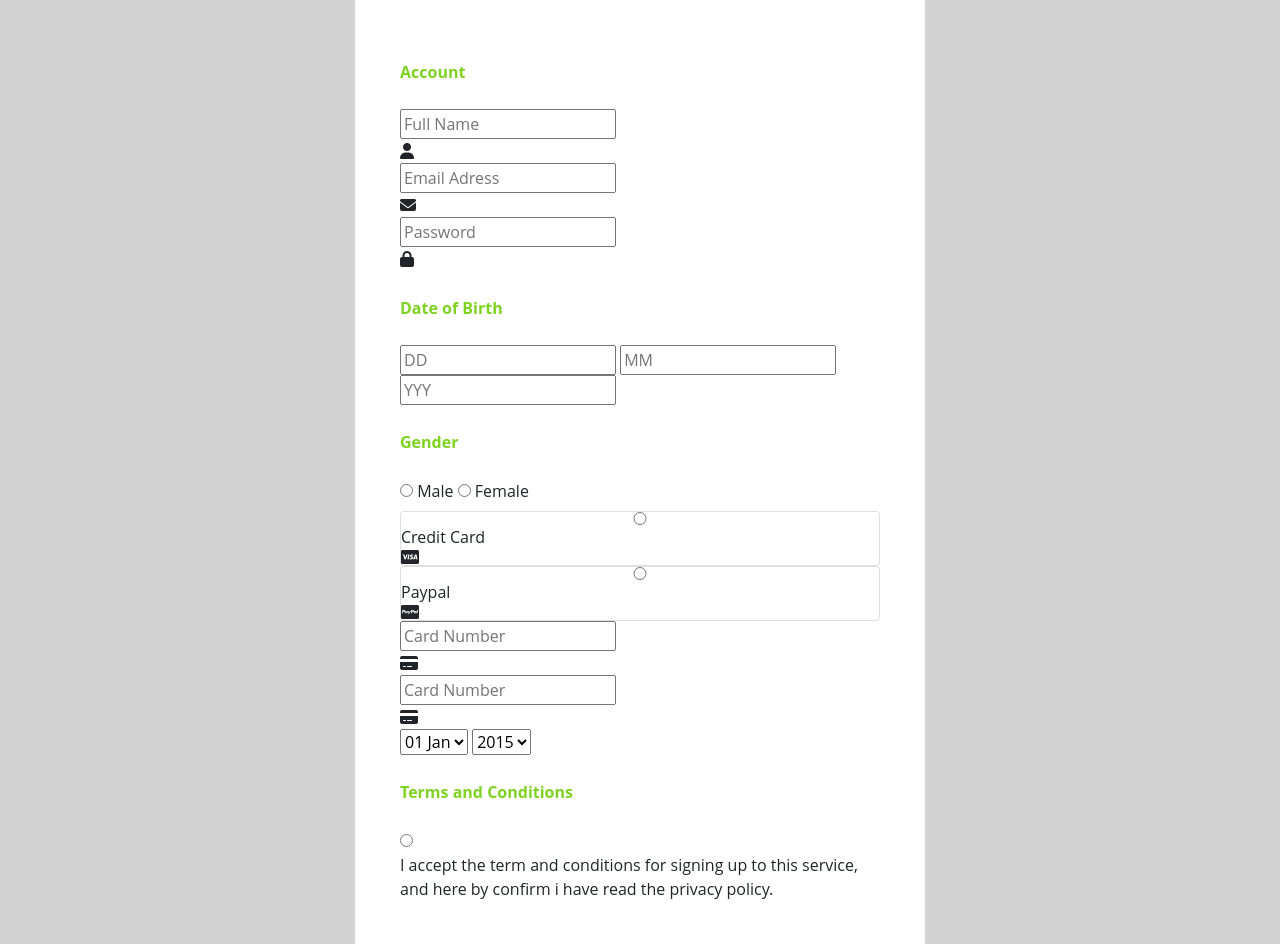
Repository: letrongtinh27/LapTrinhWeb
Page: Payment/index.html
These files come from the project's save history. The page is drawn as it stood at one moment and after a run of saves; the edit follows.
The browser window is 1280 px wide. The pictures show the whole page.

Above is the page before, as saved 2022-10-11 20:27:26.

After the next 2 saves:
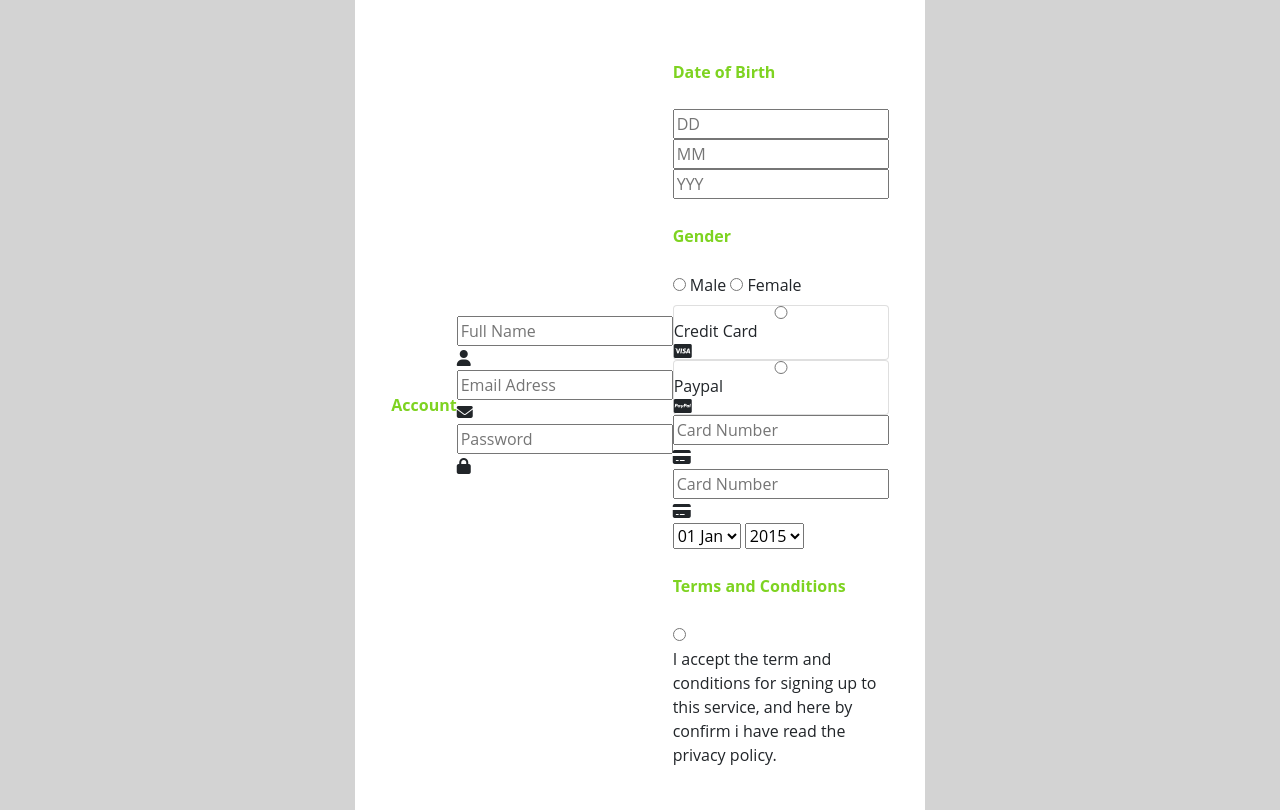
The 2 saves are shown as one change because they came seconds apart.
The last was saved 19 s later.
--- a/Payment/style.css
+++ b/Payment/style.css
@@ -4,6 +4,10 @@ body {
     background-color: lightgray !important;
 }
 .payment{
+
+}
+.form-payment{
+    font-family: 'Open Sans',sans-serif;
     width: 100%;
     max-width: 570px;
     margin: 0 auto;
@@ -12,9 +16,6 @@ body {
     display: flex;
     background-color: #fff;
     padding: 35px 45px;
-}
-.form-payment{
-    font-family: 'Open Sans',sans-serif;
 }
 .title{
     color: #7ed321;

After the save that followed:
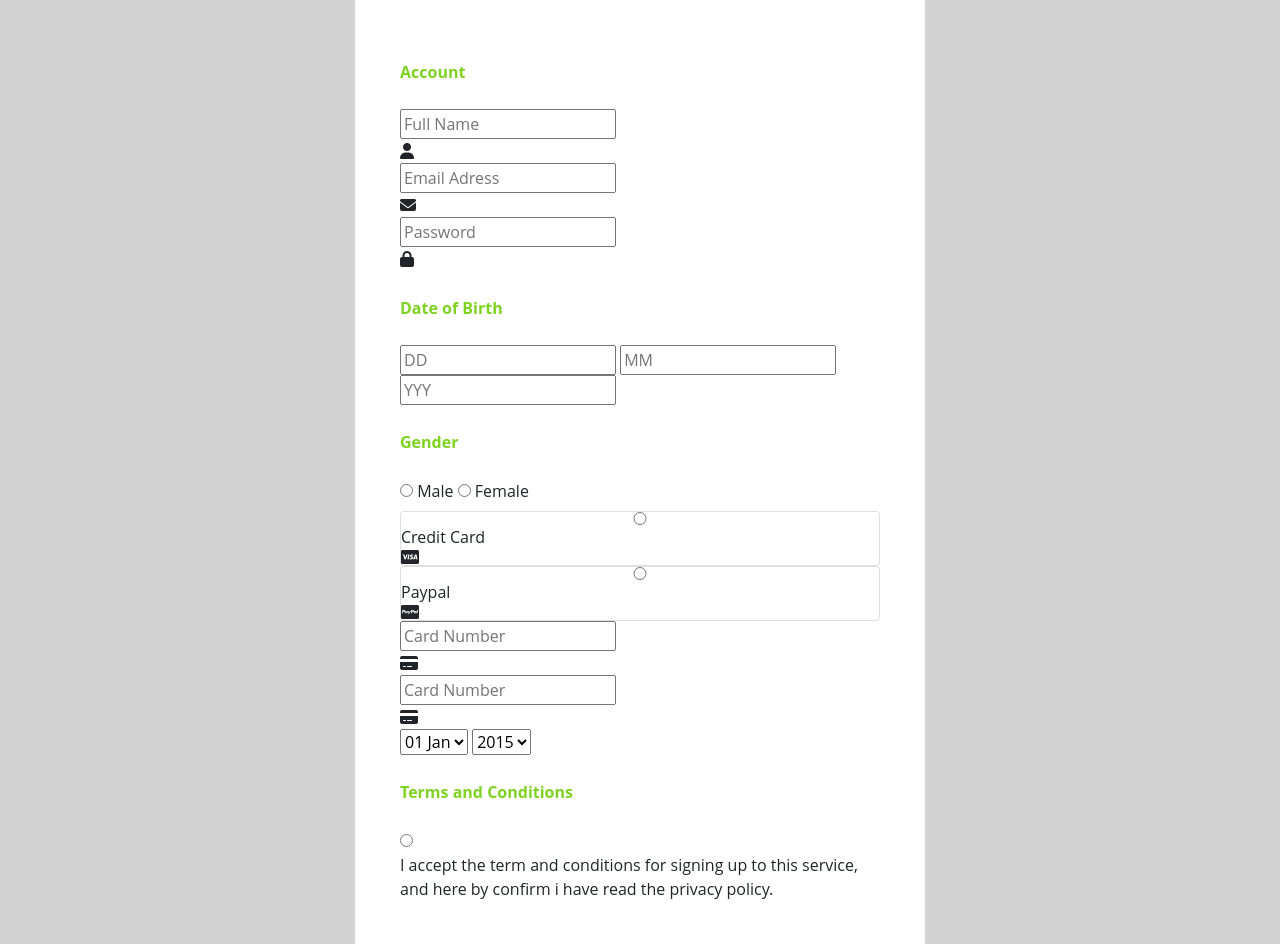
Saved 6 s later.
--- a/Payment/style.css
+++ b/Payment/style.css
@@ -4,10 +4,6 @@ body {
     background-color: lightgray !important;
 }
 .payment{
-
-}
-.form-payment{
-    font-family: 'Open Sans',sans-serif;
     width: 100%;
     max-width: 570px;
     margin: 0 auto;
@@ -16,6 +12,9 @@ body {
     display: flex;
     background-color: #fff;
     padding: 35px 45px;
+}
+.form-payment{
+    font-family: 'Open Sans',sans-serif;
 }
 .title{
     color: #7ed321;
